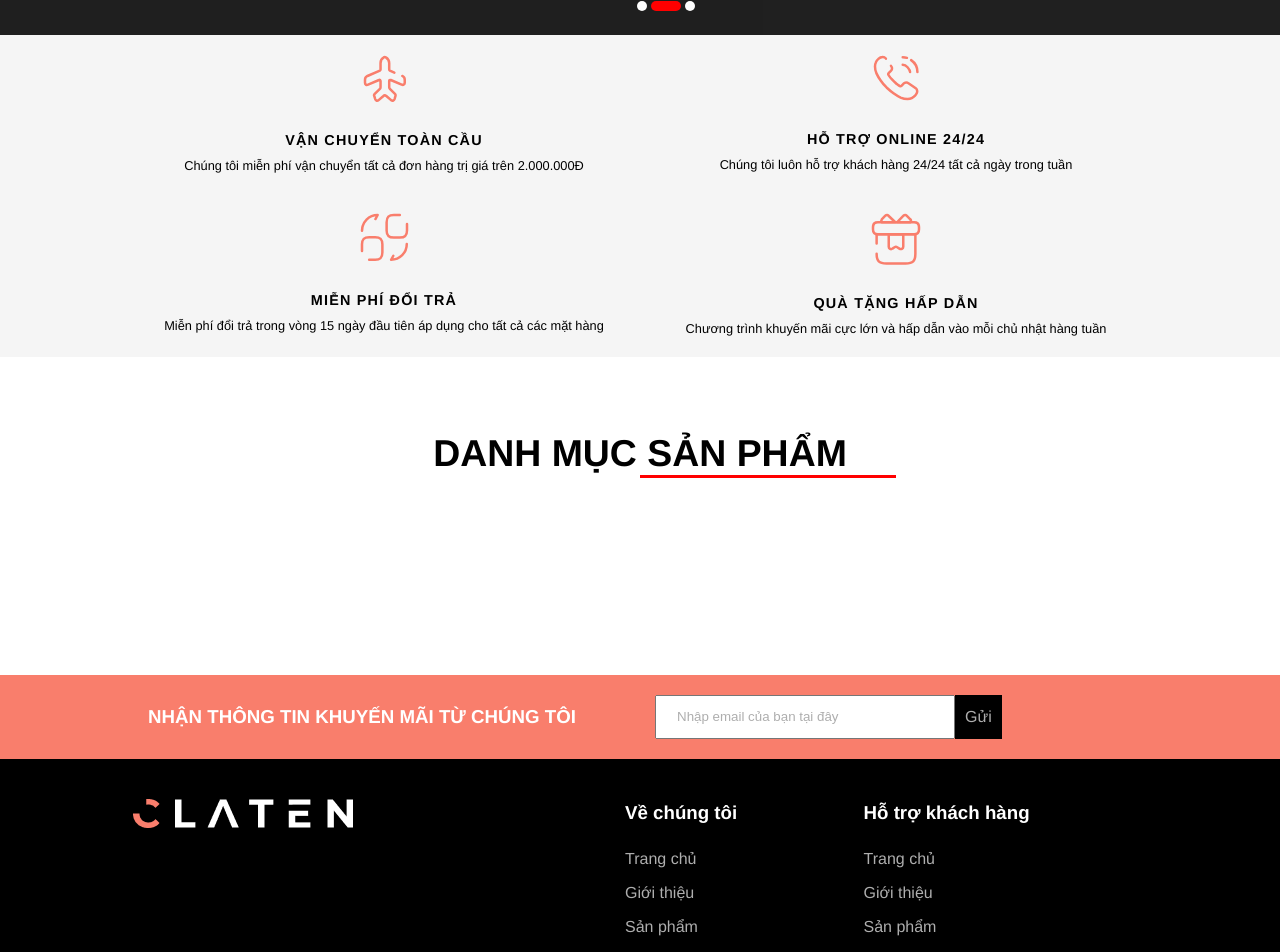
Repository: RennoPMXK/doan
Page: index.html
These files come from the project's save history. The page is drawn as it stood at one moment and after the next save; the edit follows.
The browser window is 1280 px wide. The pictures show the part of the page from y = 538 to 1490 px (the page is 1839 px tall).
Pictures or frames that could not be fetched are drawn as grey boxes.

Above is the page before, as saved 2021-11-16 20:37:17.

### index.html
<!DOCTYPE html>
<html lang="en">
<head>
    <meta charset="UTF-8">
    <meta http-equiv="X-UA-Compatible" content="IE=edge">
    <meta name="viewport" content="width=device-width, initial-scale=1.0">
    <title>Document</title>
    <link rel="stylesheet" href="./grid.css">
    <link rel="stylesheet" href="./style.css">
    <link rel="stylesheet" href="./responsible.css">
    <link href='https://unpkg.com/boxicons@2.0.9/css/boxicons.min.css' rel='stylesheet'>
</head>
<body>
    <div class="navbar">
        <div class="navbar-wrapper">
            <a class="logo">
                <img src="./img/logo.png" alt="">
            </a>

            <div class="navbar-menu mobile-menu">
                <i class='bx bx-x mobile-close-icon'></i>
                <li class="navbar-menu-item"><a class = 'active' href="#">Trang chủ</a></li>
                <li class="navbar-menu-item"><a href="#">Giới thiệu</a></li>
                <li class="navbar-menu-item"><a href="#">Sản phẩm <i class='bx bxs-down-arrow navbar-menu-icon'></i></a>
                    <ul class="navbar-sub-menu">
                        <li class="navbar-sub-menu-item"><a href="">Đồng hồ nam</a></li>
                        <li class="navbar-sub-menu-item"><a href="">Đồng hồ nữ</a></li>
                        <li class="navbar-sub-menu-item"><a href="">Đồng hồ mới về</a></li>
                        <li class="navbar-sub-menu-item"><a href="">Phụ kiện nam</a></li>
                        <li class="navbar-sub-menu-item"><a href="">Phụ kiện nữ</a></li>
                    </ul>
                </li>
                <li class="navbar-menu-item"><a href="#">Tin tức</a></li>
                <li class="navbar-menu-item"><a href="#">Liên hệ</a></li>
            </div>

            <div class="navbar-icon">
                 <li class="navbar-icon-item"><a href=""><i class='bx bx-search-alt'></i></a></li>
                 <li class="navbar-icon-item"><a href=""><i class='bx bx-user'></i></a></li>
                 <li class="navbar-icon-item"><a href="#"><i class='bx bx-shopping-bag bx-tada ' ></i></a></li>
                 <li class="navbar-icon-item"><a href="#"><i class='bx bx-menu-alt-right menu-icon'></i></a></li>

            </div>
        </div>
        <div class="modal"></div>
    </div>

    <div class="hero-section">

             <div class="bgimg slide-item fade" style="background-image: url(./img/1a\(32\).jpg)">
                 <div class="caption">
                     <h2 class="top-down delay-2">
                        ĐỒNG HỒ ROLEX

                     </h2>

                     <p class="top-down delay-4">
                       Lorem ipsum dolor sit amet consectetur adipisicing elit. Aut eligendi voluptates enim tempora cupiditate ex minus aperiam impedit maxime nam. Sunt neque amet veniam vitae adipisci impedit aliquam officia hic.
                     </p>

                     <button class="top-down delay-6">
                         MUA NGAY
                     </button>
                 </div>

             </div>


             <div class="bgimg slide-item fade" style="background-image: url(./img/dong-ho-thoi-trang-rolex-banner.jpg)">
                <div class="caption">
                    <h2>
                        ĐỒNG HỒ ROLEX
                    </h2>

                    <p>
                        Lorem ipsum dolor sit amet consectetur adipisicing elit. Aut eligendi voluptates enim tempora cupiditate ex minus aperiam impedit maxime nam. Sunt neque amet veniam vitae adipisci impedit aliquam officia hic.
                    </p>

                    <button>
                        MUA NGAY
                    </button>
                </div>

             </div>


             <div class="bgimg slide-item fade" style="background-image: url(./img/Banchay_Longines_banner-1024x427.jpg)">
                <div class="caption">
                    <h2>
                        ĐỒNG HỒ ROLEX
                    </h2>

                    <p>
                        Lorem ipsum dolor sit amet consectetur adipisicing elit. Aut eligendi voluptates enim tempora cupiditate ex minus aperiam impedit maxime nam. Sunt neque amet veniam vitae adipisci impedit aliquam officia hic.
                    </p>

                    <button>
                        MUA NGAY
                    </button>
                </div>

             </div>


             <div class="slide-control">
                <div class="slide-control-wrapper">
                    <span class="dot" onclick="chooseSlide(0)"></span>
                    <span class="dot"  onclick="chooseSlide(1)"></span>
                    <span class="dot" onclick="chooseSlide(2)" ></span>

                </div>
             </div>

    </div>

    <div class="hero-section-mini ">
        <div class="container row">
            <div class="hero-section-mini-item col-3 col-md-6 col-sm-6">
                <img src="./img/icon_service_1.svg" alt="">
                 <h3>VẬN CHUYỂN TOÀN CẦU</h3>
                 <p>Chúng tôi miễn phí vận chuyển tất cả đơn hàng trị giá trên 2.000.000Đ</p>
            </div>

            <div class="hero-section-mini-item col-3 col-md-6 col-sm-6">
               <img src="./img/icon_service_2.svg" alt="">
                <h3>HỖ TRỢ ONLINE 24/24</h3>
                <p>Chúng tôi luôn hỗ trợ khách hàng 24/24 tất cả ngày trong tuần</p>
           </div>

           <div class="hero-section-mini-item col-3 col-md-6 col-sm-6">
               <img src="./img/icon_service_3.svg" alt="">
                <h3>MIỄN PHÍ ĐỔI TRẢ</h3>
                <p>Miễn phí đổi trả trong vòng 15 ngày đầu tiên áp dụng cho tất cả các mặt hàng</p>
           </div>

           <div class="hero-section-mini-item col-3 col-md-6 col-sm-6">
               <img src="./img/icon_service_4.svg" alt="">
                <h3>QUÀ TẶNG HẤP DẪN</h3>
                <p>Chương trình khuyến mãi cực lớn và hấp dẫn vào mỗi chủ nhật hàng tuần</p>
           </div>

        </div>
    </div>

    <section class="product-list">
        <div class="section-title">
            <h3>DANH MỤC SẢN PHẨM</h3>
            <div class="title-line"></div>
        </div>
    </section>

    <div class="footer">
        <div class="footer-contact">
            <div class="container">
                <div class= "footer-contact-content row">
                    <h3 class="col-6 col-md-6 col-sm-12">NHẬN THÔNG TIN KHUYẾN MÃI TỪ CHÚNG TÔI</h3>
                    <div class="form col-6 col-md-6 col-sm-12">
                        <input type="text" placeholder="Nhập email của bạn tại đây"><a href="">Gửi</a></input>

                    </div>

                </div>

            </div>

         </div>
        <div class="container">

            <div class="wrapper row ">
                <div class="footer-logo row col-5 col-md-6 col-sm-12">
                    <a class="footer-img">
                        <img src="./img/logo.png" alt="">
                    </a>

                    <ul class="footer-des">
                           <li class="footes-des-item">
                               <div class="footer-des-icon">
                                    <i class='bx bxs-map'></i>
                               </div>
                               <p>Tầng 6, Tòa nhà Ladeco, 266 Đội Cấn,<br> Phường Liễu Giai, Quận Ba Đình, TP Hà Nội</p>
                           </li>
                           <li class="footes-des-item">
                                <div class="footer-des-icon">
                                    <i class='bx bxs-time-five' ></i>
                                </div>
                               <p>Giờ làm việc: Từ 9:00 đến 22:00 các ngày <br>trong tuần từ Thứ 2 đến Chủ nhật</p>
                           </li>
                           <li class="footes-des-item">
                            <div class="footer-des-icon">
                                <i class='bx bxs-phone' ></i>
                             </div>
                               <p>Hotline<br>
                                   <span>19006750</span>
                               </p>
                           </li>
                    </ul>
                </div>

                <div class="footer-menu row col-7 col-md-6 col-sm-12">
                     <div class="footer-menu-item col-4 col-md-6 col-sm-12">
                         <h3>Về chúng tôi</h3>
                         <ul>
                            <li><a href="">Trang chủ</a></li>
                            <li><a href="">Giới thiệu</a></li>
                            <li><a href="">Sản phẩm</a></li>
                            <li><a href="">Tin tức</a></li>
                            <li><a href="">Liên hệ</a></li>
                         </ul>

                         <div class="footer-social">
                            <li><a href=""><i class='bx bxl-youtube' ></i></a></li>
                            <li><a href=""><i class='bx bxl-facebook' ></i></a></li>
                            <li><a href=""><i class='bx bxl-instagram' ></i></a></li>
                       </div>
                     </div>

                     <div class="footer-menu-item col-4 col-md-6 col-sm-12">
                        <h3>Hỗ trợ khách hàng</h3>
                        <ul>
                           <li><a href="">Trang chủ</a></li>
                           <li><a href="">Giới thiệu</a></li>
                           <li><a href="">Sản phẩm</a></li>
                           <li><a href="">Tin tức</a></li>
                           <li><a href="">Liên hệ</a></li>
                        </ul>
                    </div>

                    <div class="footer-menu-item col-4 col-md-6 col-sm-12">
                        <h3>Dịch vụ</h3>
                        <ul>
                           <li><a href="">Trang chủ</a></li>
                           <li><a href="">Giới thiệu</a></li>
                           <li><a href="">Sản phẩm</a></li>
                           <li><a href="">Tin tức</a></li>
                           <li><a href="">Liên hệ</a></li>
                        </ul>
                    </div>



                </div>


            </div>
        </div>
    </div>


    <script src="./app.js"></script>
</body>
</html>

### grid.css
.row {
    display: flex;
    flex-wrap: wrap;
    margin: 0 -15px;
}

[class*="col-"] {
    padding: 0 15px;
}

.col-1 {
    width: 8.33%;
}

.col-2 {
    width: 16.66%;
}

.col-3 {
    width: 25%;
}

.col-4 {
    width: 33.33%;
}

.col-5 {
    width: 41.66%;
}

.col-6 {
    width: 50%;
}

.col-7 {
    width: 58.33%;
}

.col-8 {
    width: 66.66%;
}

.col-9 {
    width: 75%;
}

.col-10 {
    width: 83.33%;
}

.col-11 {
    width: 91.66%;
}

.col-12 {
    width: 100%;
}

/* MEDIUM SCREEN */

@media only screen and (max-width: 1280px) {
    .col-md-1 {
        width: 8.33%;
    }

    .col-md-2 {
        width: 16.66%;
    }

    .col-md-3 {
        width: 25%;
    }

    .col-md-4 {
        width: 33.33%;
    }

    .col-md-5 {
        width: 41.66%;
    }

    .col-md-6 {
        width: 50%;
    }

    .col-md-7 {
        width: 58.33%;
    }

    .col-md-8 {
        width: 66.66%;
    }

    .col-md-9 {
        width: 75%;
    }

    .col-md-10 {
        width: 83.33%;
    }

    .col-md-11 {
        width: 91.66%;
    }

    .col-md-12 {
        width: 100%;
    }
}

/* SMALL SCREEN */

@media only screen and (max-width: 850px) {
    .col-sm-1 {
        width: 8.33%;
    }

    .col-sm-2 {
        width: 16.66%;
    }

    .col-sm-3 {
        width: 25%;
    }

    .col-sm-4 {
        width: 33.33%;
    }

    .col-sm-5 {
        width: 41.66%;
    }

    .col-sm-6 {
        width: 50%;
    }

    .col-sm-7 {
        width: 58.33%;
    }

    .col-sm-8 {
        width: 66.66%;
    }

    .col-sm-9 {
        width: 75%;
    }

    .col-sm-10 {
        width: 83.33%;
    }

    .col-sm-11 {
        width: 91.66%;
    }

    .col-sm-12 {
        width: 100%;
    }
}

### style.css
:root {
    --orangeprime : #F97E6C;
    --blackrgba : rgba(0, 0, 0, 0.945);
    --footer-color : #AEAEAE;
    --mini-hero-color : #f5f5f5;
}

html {
box-sizing: border-box;
}
*{
margin: 0;
padding: 0;
}
*,*:before,*:after {
box-sizing: border-box;
}
input,
textarea,
select,
button{
outline: none;
}
input{
line-height: normal;
}
label,
button{
cursor: pointer;
}
a {
text-decoration: none;

}
img {
display: block;

}

ul{
    list-style-type: none;
}

body {
    font-family: Montserrat,"Helvetica Neue",Helvetica;
}

span {
    color: var(--orangeprime);
    cursor: pointer;
    transition : all 0.3s linear;
    font-size: 1.4rem;
    font-weight: bold;
}

span:hover {
    color : white
}

li {
    list-style-type: none;
}

section {
    margin-top: 75px;
}

.container {
    margin : 0 auto;
    padding: 0 10%;
}
/* navbar */

.navbar {
    background-color: black;
    position: relative;

}

.navbar-wrapper {
   padding : 20px 0px;
   display: flex;
   align-items: center;
   justify-content: space-evenly;
}

.navbar-menu {
    display: flex;
    list-style-type: none;
}

.navbar-menu-icon {
    font-size: 0.5rem;
    transform: translateY(-2.5px);
    transition : 0.2s linear;
}

.navbar-menu-icon{
    transition: 0.2s ease-in-out;
}

.navbar-menu-icon.active {
    transform: rotate(-180deg);
}

.navbar-menu-item {
    position: relative;
}

.navbar-menu-item a.active {
    color: var(--orangeprime);
}

.navbar-menu-item ~ .navbar-menu-item {
    margin-left: 30px;
}

.navbar-menu-item a {
    color: white;
    font-size: 1rem;
    transition: 0.2s ease-in-out;
    letter-spacing: 1px;
}


.navbar-menu-item a:hover {
    color : var(--orangeprime);
}

.navbar-menu-item:nth-child(3) {
    position: relative;
}



.navbar-sub-menu{
    width: 150px;
    position: absolute;
    list-style-type: none;
    padding : 20px;
    background-color: var(--blackrgba);
    top: 30px;
    z-index: 100;
    display : none;
    transition: all 0.2s ease-in-out;
}


.navbar-menu-item:active .navbar-sub-menu {
    display : block;
    top: 30px;
}




.navbar-sub-menu-item {
   margin : 10px 0;
}

.navbar-sub-menu.active {
    display : block;
}

.navbar-sub-menu-item a {
    font-size: 0.8rem;
    letter-spacing: 1.2px;
}

.navbar-icon {
    display: flex;
    list-style-type: none;
}

.navbar-icon-item ~ .navbar-icon-item {
    margin-left: 25px;
}

.navbar-icon-item a {
    color : white;
    font-size: 1.5rem;
    transition: 0.2s ease-in-out;
}

.navbar-icon-item a:hover {
    color : var(--orangeprime);
}

.navbar-icon-item:last-child {
    display: none;
}

.mobile-close-icon {
    display: none;
}

/* section-hero */

.hero-section {
    position: relative;
    height: 70vh;
}


.bgimg {
    height: 100%;
    position: relative;
    background-position: center;
    background-repeat: no-repeat;
    background-size: cover;
    display: flex;
}

.bgimg::after {
    content : '\A';
    position : absolute;
    width: 100%;
    height : 100%;
    top: 0;
    left : 0;
    background-color: rgba(0, 0, 0, 0.8);
}

.caption {
    position: absolute;
    top: 48%;
    left: 25%;
    transform: translate(-50% , -50%) ;
    text-align: left;
    z-index: 10;
    width: 34.7%;
}

.caption h2 {
    line-height: 1.5;
    color: white;
    margin-bottom: 20px;
    text-transform: uppercase;
    font-size: 2.1rem;
    letter-spacing: 1.2px;
}

.caption p {
    text-align: left;
    color : white;
    font-size: 1.2rem;
    letter-spacing: 1.2px;
    line-height: 1.5;
}

.caption button {
    background-color: white;
    border: 1px solid  transparent;
    color : red;
    padding : 10px 40px;
    font-size: 16px;
    font-weight: bold;
    text-transform: uppercase;
    margin-top: 30px;
    transition : background-color 0.5s ease , color 0.5s ease , width 0.6s;
}

.caption button:hover {
    color : white;
    cursor: pointer;
    background-color:  red;
}

.caption button:focus {
    outline : none;
}

.dot {
    cursor: pointer;
    height: 10px;
    width: 10px;
    margin: 0 2px;
    background-color: white;
    border-radius: 5px;
    display: inline-block;
}

.dot:hover {
    background-color: red;
}

.dot.active {
    background-color: red;
    width: 30px;
}

.slide-control {
    position: absolute;
    left: 50%;
    transform : translateX(-50%);
    bottom: 20px;
    width: 10px;
    text-align: center;
}

.slide-control-wrapper{
    display: inline-flex;
}

.slide-item {
    display: none;
}


.top-down {
    transform: translateY(-50px);
    visibility: hidden;
    opacity: 0;
    transition: 0.5s ease-in-out ;
}

.delay-2 {
    transition-delay: 0.2s;
}

.delay-4 {
    transition-delay: 0.4s;
}


.delay-6 {
    transition-delay: 0.6s;
}


.delay-8 {
    transition-delay: 0.8s;
}

.slide-item.active .top-down{
    transform: translateY(0);
    visibility: visible;
    opacity: 1;
}

/* mini hero section */

.hero-section-mini{
   background-color: var(--mini-hero-color);
}

.hero-section-mini-item {
    display: flex;
    padding : 20px 30px;
    gap: 10px;
    flex-direction:column;
    align-items: center;
    text-align: center;
}

.hero-section-mini-item img {
    margin-bottom: 20px;
    transition: 0.3s linear;
}

.hero-section-mini-item:hover img {
    transform: translateY(-10px);
}

.hero-section-mini-item h3 {
   font-size: 0.9rem;
   letter-spacing: 1.2px;
}

.hero-section-mini-item p {
   font-size: 0.8rem;
   line-height: 1.2;
}

/* product-list */

.product-list {

}

.section-title {
  position: relative;
  font-size: 2rem;
  text-align:center;
}

.title-line{
   position: absolute;
   left: 50%;
   background-color: red;
   height: 3px;
   width: 20%;
}


/* footer */
.footer {
    color: var(--footer-color);
    margin-top: 200px;
    background-color: black;
    line-height: 1.5;
}

.footer-contact {
    background-color: var(--orangeprime);


}

.footer-contact h3 {
  color :white;
}

.footer-contact-content {
    padding : 20px;
    display: flex;
    justify-content: space-around;
    align-items: center;
    flex-wrap: wrap;
}

.form input {
    padding: 10px 20px;
    width: 300px;
}

.form a {
    padding: 10px;
    background-color: black;
    color : white;
}

.form {
    display: flex;
    flex-wrap: nowrap;
}

::placeholder {
    color: var(--footer-color);
}

.footer a {
    color: var(--footer-color);
    transition : 0.3s linear;
}

.footer a:hover {
    color: var(--orangeprime);
}

.footer-menu h3 {
    margin-top: 20px;
    color : white;
    margin-bottom: 20px;
}

.wrapper {
    padding: 20px;
    position: relative;
}


.footes-des-item {
    margin-top: 30px;
    display : flex;
    align-items: center;
}

.footer-des-icon {
    display : flex;
    align-items: center;
    justify-content:center;
    width: 36px;
    height : 36px;
    background-color: var(--orangeprime);
    margin-right: 20px;
}

.footer-des-icon i {
    font-size: 1.4rem;
    color : white;

}


.footer-menu-item li {
    margin-top: 10px;
}

.footer-social {
    display : flex;
    transform: translateX(-9px);
}

.footer-img{
    margin-top: 20px;
}

.footer-social li  {
    display : flex;
    align-items: center;
    justify-content:center;
    text-align: center;
    margin-left: 10px;
    width: 36px;
    height : 36px;
    background-color: var(--orangeprime);
}

.footer-social li a {
   color : white;
   font-size: 1.4rem;
}

.footer-social li:hover a {
    color : white;
 }

 /* fade animation */

 .fade {
     animation-name: fade;
     animation-duration: 1s;
     -webkit-animation-name: fade;
     -webkit-animation-duration: 1s;
 }

 @keyframes fade {
     from { opacity: 0.4
    } to {
        opacity: 1
    }
 }

 @-webkit-keyframes fade {
    from { opacity: 0.4
   } to {
       opacity: 1
   }
}

### responsible.css


/* Tablet */

@media only screen and (max-width: 1024px){
   .navbar-menu {
       display: none;

   }

   .navbar-wrapper {
        justify-content: space-around;
   }


   .navbar-icon-item:last-child {
        display: block;
   }


   .navbar-menu {
    padding : 20px;
    width: 40vw;
    background-color: black;
    display: block;
    position: fixed;
    top: 60px;
    left: 0;
    height: 100vh;
    min-width: 300px;
}

    .navbar-menu-item {
        margin-left: 30px;
        padding: 20px;
    }

    .navbar-sub-menu{
        position: initial;
    }


    .mobile-menu {
        transform : translateX(-100%);
        transition: 0.4s ease-in-out;
        z-index: 100;
    }

    .mobile-menu.active {
        transform : translateX(0);
    }

    .modal {
        display: none;
        position: fixed;
        top: 0;
        bottom: 0;
        right: 0;
        left: 0;
        background-color: rgba(14, 13, 13, 0.6);
    }

    .modal.active {
        display : block
    }

    .mobile-close-icon {
        cursor: pointer;
        font-size: 1.5rem;
        display: block;
        color: white;
        position: absolute;
        top: 5px;
        right:10px;
    }


}


/* Mobile */

@media only screen and (max-width: 740px) {
  .logo img{
      height: 15px;
      transform: translateY(-9px);
  }

  .navbar-icon-item a {
    color : white;
    font-size: 1.2rem;
    transition: 0.2s ease-in-out;
  }

  .navbar-icon-item a:hover {
    color : white;
  }

  .caption {
      width: 40%;
      text-align: left;
  }

  .caption h2 {
      font-size: 1.8rem;
  }

  .caption p {
      font-size: 0.9rem;
  }

  .caption button {
      font-size: 0.8rem;
      width: 100%;

  }

}

Loaded but not shown: app.js (101 lines, source omitted)

After the next save:
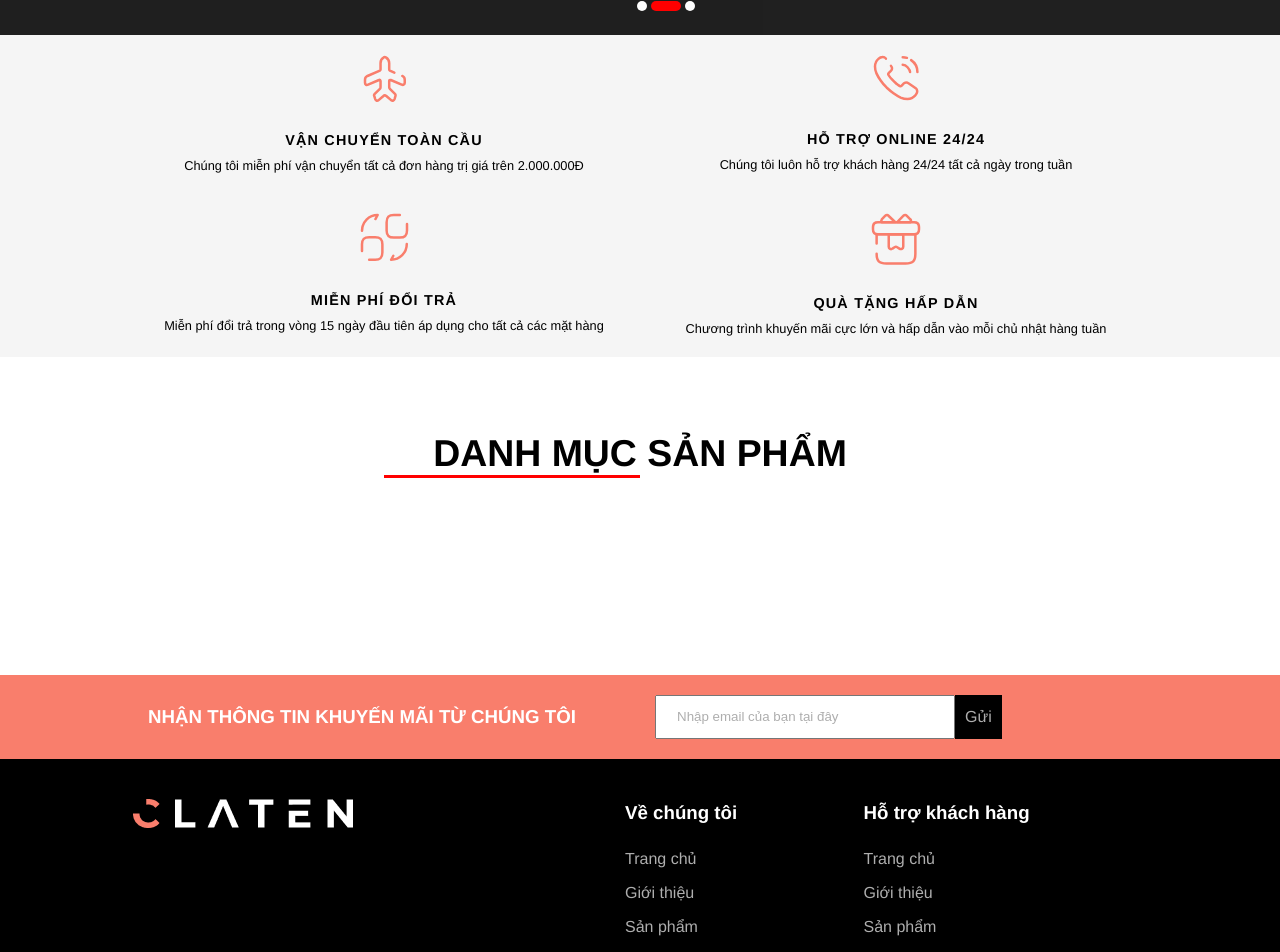
Saved 14 s later.
--- a/style.css
+++ b/style.css
@@ -386,7 +386,7 @@ section {
 
 .title-line{
    position: absolute;
-   left: 50%;
+   left: 30%;
    background-color: red;
    height: 3px;
    width: 20%;
